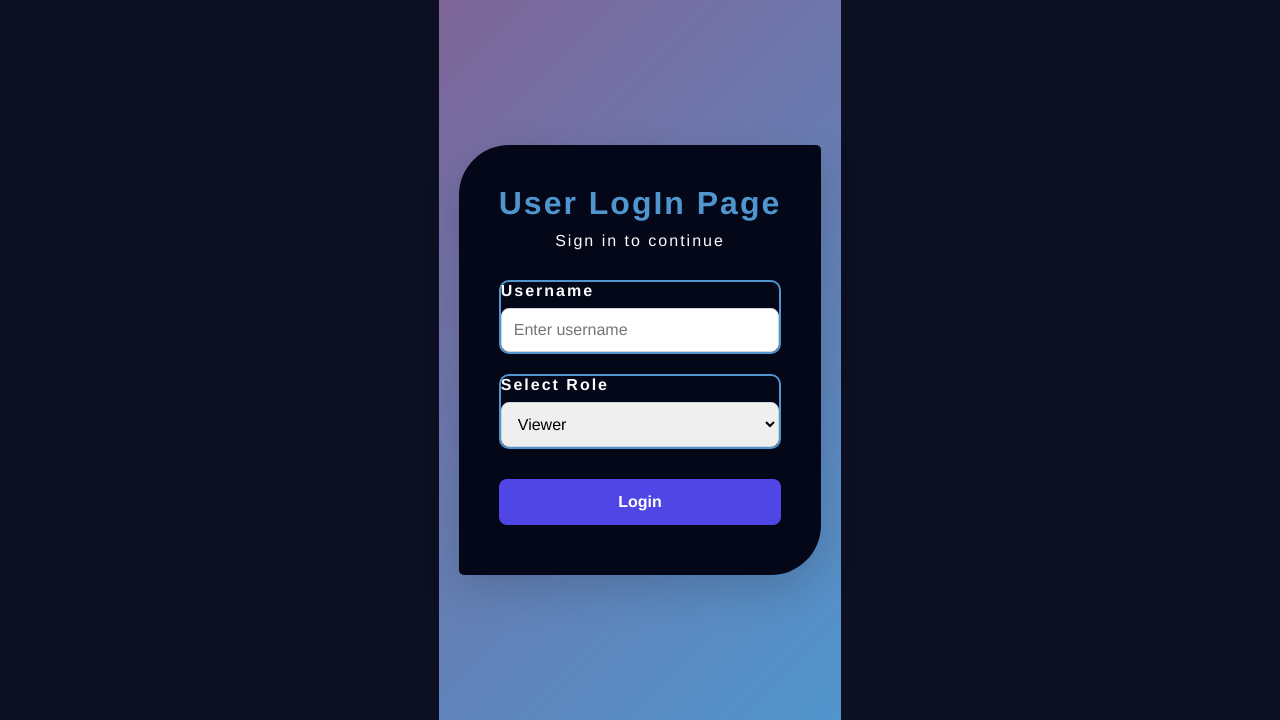
Repository: SolomonChinonso/myUserDashboard
Page: / (app in my-user-dashboard-app/)
An editor plug-in stored every save of this project. The page is shown before and after the next save, followed by the edit.
The browser window is 1280 px wide. The pictures show the whole page.
The project was rebuilt for these pictures with package versions that can differ from the ones it lists, and the page was loaded fresh each time. Also part of the build but not shown: my-user-dashboard-app/vite.config.ts, my-user-dashboard-app/src/App.css, my-user-dashboard-app/src/pages/Dashboard.tsx, my-user-dashboard-app/src/pages/Profile.tsx, my-user-dashboard-app/src/pages/Settings.tsx, my-user-dashboard-app/src/components/Navbar.tsx, my-user-dashboard-app/src/components/ProtectedRoute.tsx.

Above is the page before, as saved 2026-05-30 14:55:23.

After the next save:
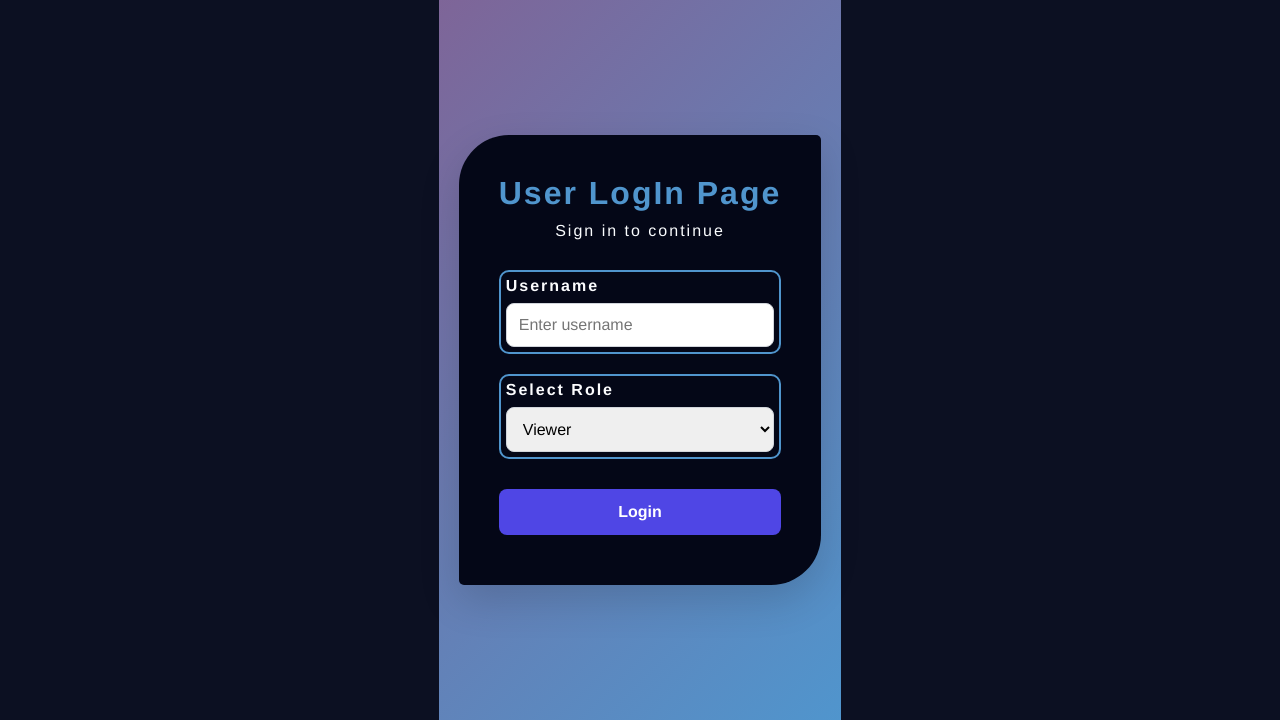
Saved 12 s later.
--- a/my-user-dashboard-app/src/pages/Login.css
+++ b/my-user-dashboard-app/src/pages/Login.css
@@ -48,6 +48,7 @@
     border: 2px solid #5095cd;
     width: 100%;
     border-radius: 10px;
+    padding: 5px;
   display: flex;
   flex-direction: column;
   text-align: left;
